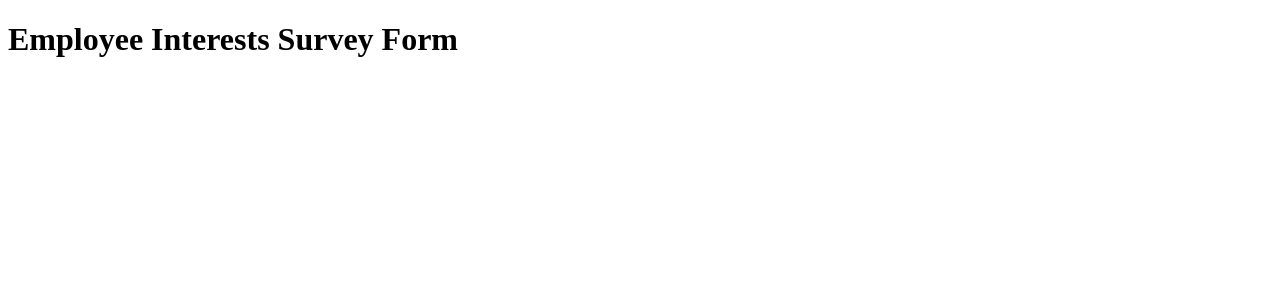
Repository: JoaoLemesDEV/Exercise-Survey-Form
Page: index.html
An editor plug-in stored every save of this project. The page is shown before and after the next save, followed by the edit.
The browser window is 1280 px wide. The pictures show the whole page.

Above is the page before, as saved 2021-10-10 18:17:11.

After the next save:
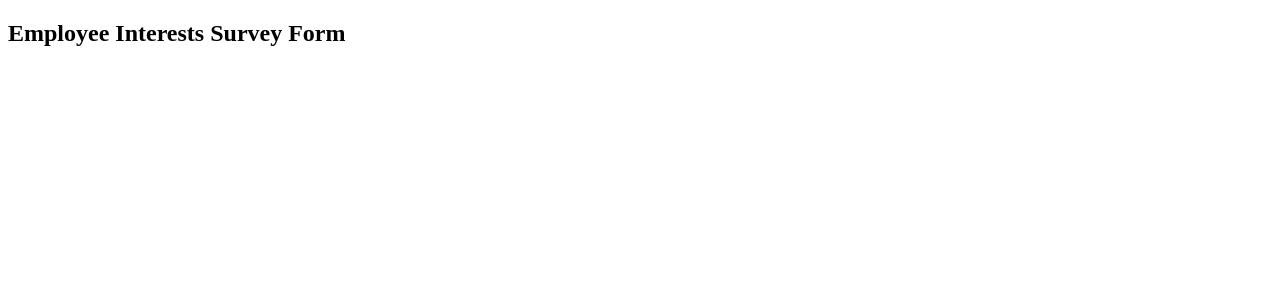
Saved 8 s later.
--- a/index.html
+++ b/index.html
@@ -7,7 +7,7 @@
   <title>Survey Form</title>
 </head>
 <body>
-  <h1>Employee Interests Survey Form</h1>
+  <h2>Employee Interests Survey Form</h2>
 
 
 </body>
